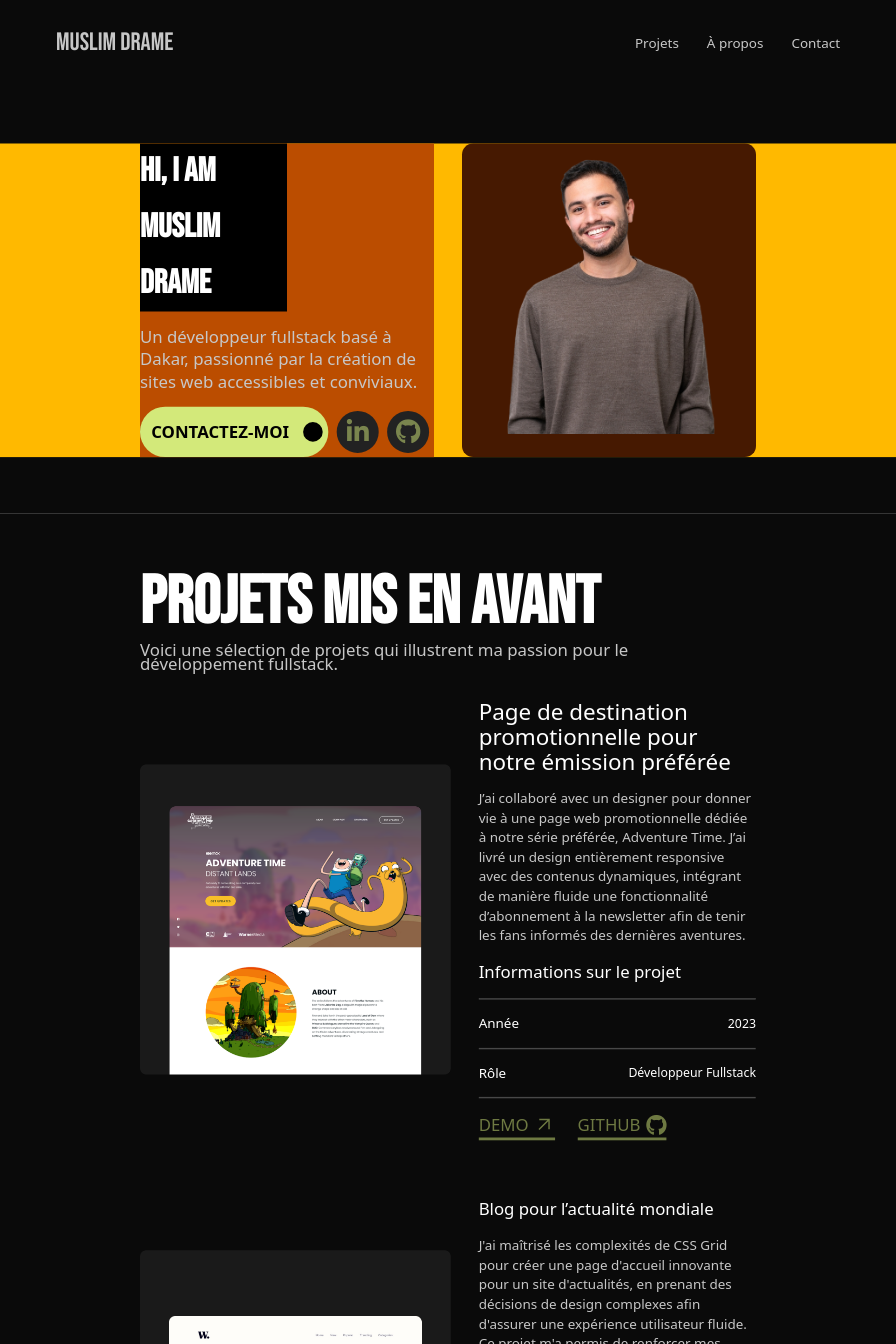
Repository: muslimdrame37-oss/Portfolio1
Page: src/index.html
The author's editor kept a copy of each file at every save. The page is drawn from the files as they stood at one save, then again after the next save.
The browser window is 1280 px wide. The pictures show the part of the page from y = 0 to 1920 px (the page is 4541 px tall before and 4508 px after), at 70% of full size.
Some web fonts or font styles are not loaded; a fallback is used. Some web libraries are served in a nearby version.

Above is the page before, as saved 2026-02-11 20:32:46.

After the next save:
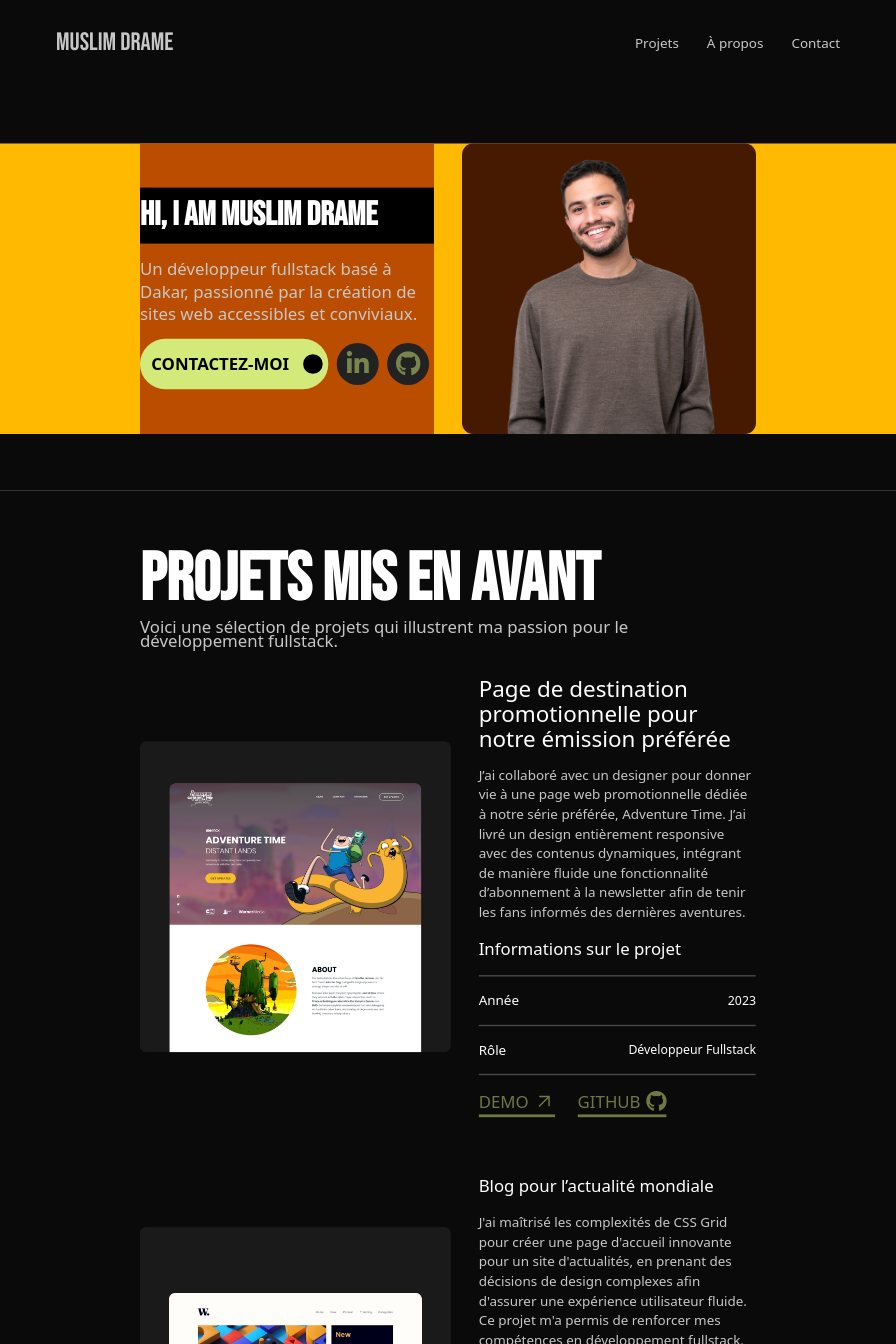
Saved 65 s later.
--- a/src/index.html
+++ b/src/index.html
@@ -46,7 +46,7 @@
         <section class="px-5 mt-20 flex flex-col justify-between gap-10 lg:flex-row lg:px-50 bg-amber-400" aria-label="Section d'accueil">
             <!-- Contenu texte -->
             <div class="flex flex-col gap-5 justify-center lg:w-1/2 bg-amber-700">
-                <h2 class="text-white text-[3rem] font-bebas lg:text-[5rem] lg:font-bold lg:leading-20 leading-15 lg:w-1/2 bg-black">HI, I AM MUSLIM DRAME</h2>
+                <h2 class="text-white text-[3rem] font-bebas lg:text-[5rem] lg:font-bold lg:leading-20 leading-15 bg-black">HI, I AM MUSLIM DRAME</h2>
                 <p class="text-1xl text-[#C7C7C7] lg:text-2xl">
                     Un développeur fullstack basé à Dakar, passionné par la création de sites web accessibles et conviviaux.
                 </p>
